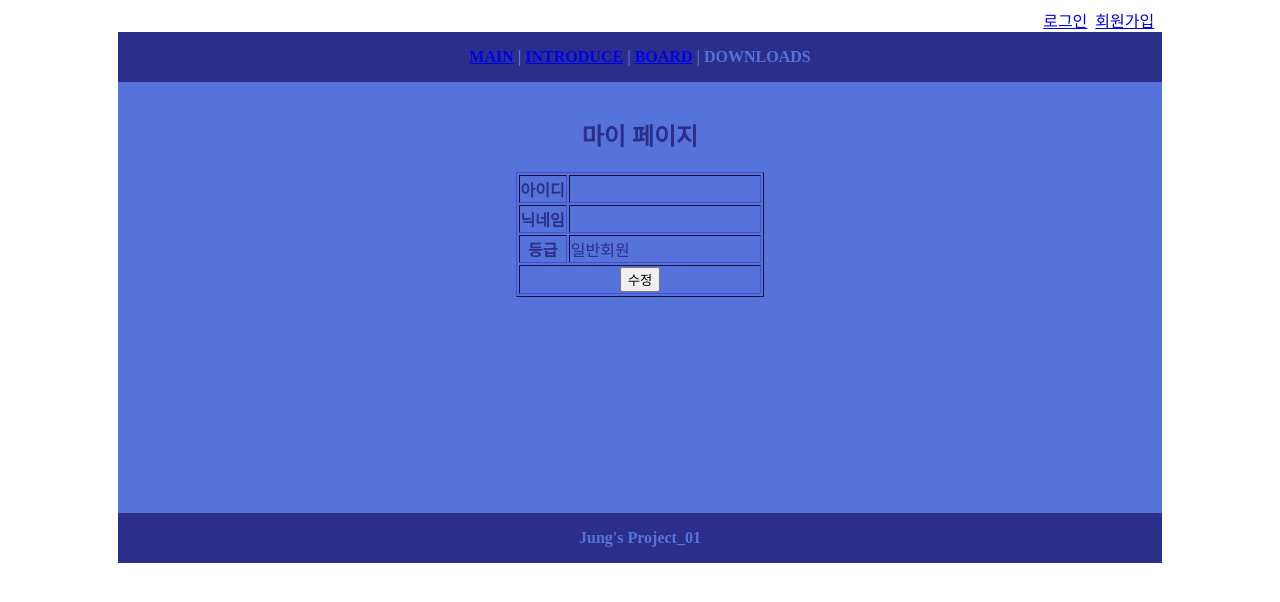
Repository: asas6306/Jungs_
Page: http://localhost/Board-Project1/WEB-INF/JSP/mypage.jsp
The author's editor kept a copy of each file at every save. The page is drawn from the files as they stood at one save, then again after the next save.
The browser window is 1280 px wide. The pictures show the whole page.
The page is served by Tomcat 9. Nobody is signed in. The template is opened directly, without the code that normally fills it, so the values that code supplies are empty.

Above is the page before, as saved 2021-01-14 08:13:23.

After the next save:
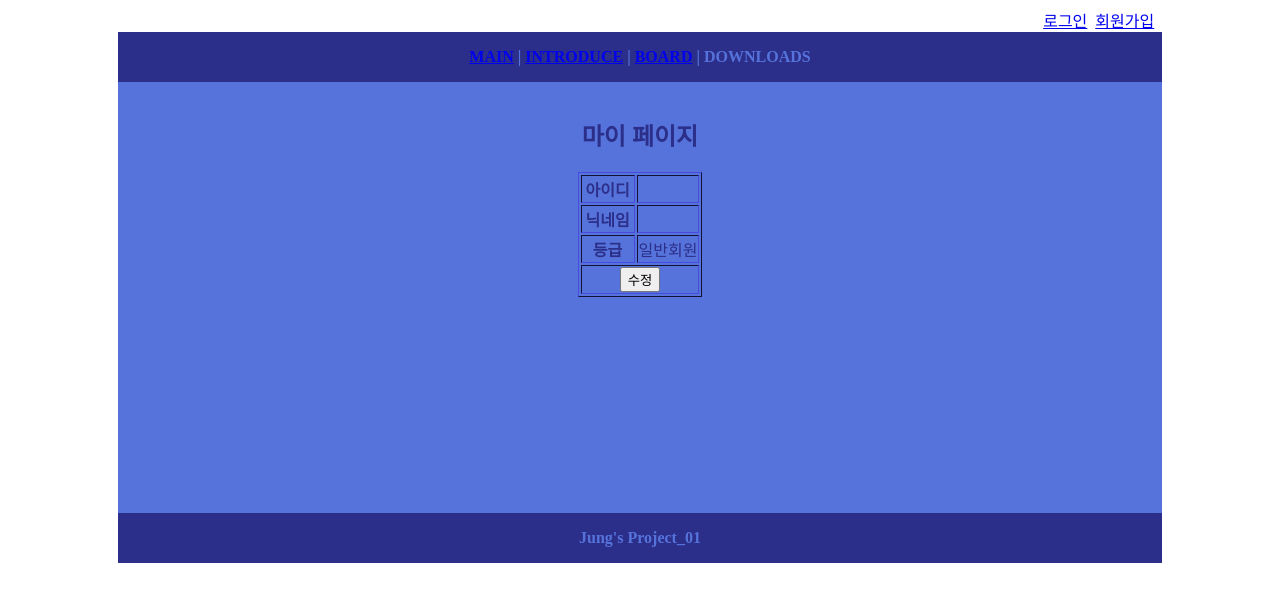
Saved 17 s later.
--- a/Board-Project1/WebContent/WEB-INF/JSP/mypage.jsp
+++ b/Board-Project1/WebContent/WEB-INF/JSP/mypage.jsp
@@ -7,7 +7,7 @@
 		<h2>마이 페이지</h2>
 	</caption>
 	<tr>
-		<th width="20%">아이디</th>
+		<th width="50px">아이디</th>
 		<td>${m.ID}</td>
 	</tr>
 	<tr>
